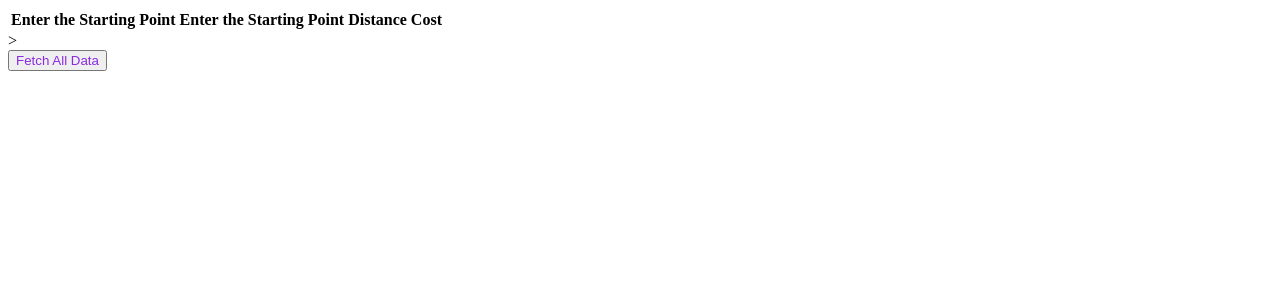
Repository: Gundeep-repos/407ETR_Assignment
Page: http://localhost/407ETR_Gundeep_Singh_assignment/
An editor plug-in stored every save of this project. The page is shown before and after the next save, followed by the edit.
The browser window is 1280 px wide. The pictures show the whole page.
The page is served by Tomcat 9.

Above is the page before, as saved 2021-07-03 23:47:29.

After the next save:
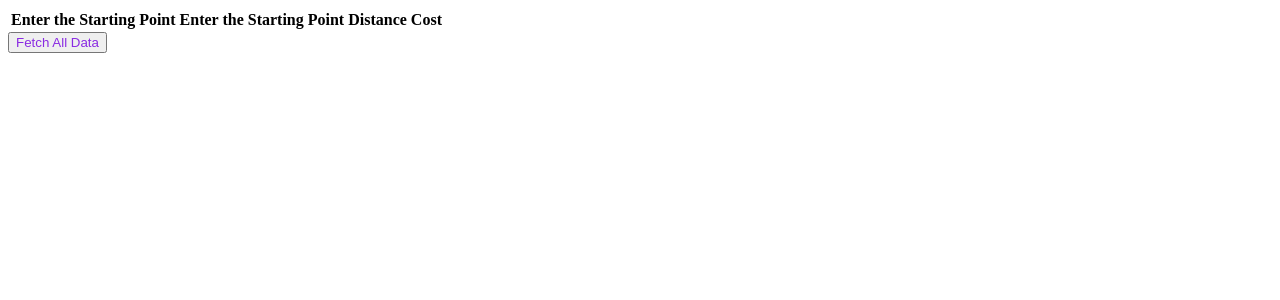
Saved 11 s later.
--- a/407ETR_Gundeep_Singh_assignment/WebContent/index.jsp
+++ b/407ETR_Gundeep_Singh_assignment/WebContent/index.jsp
@@ -79,9 +79,8 @@ function go2(){
 <th>Enter the Starting Point</th>
 <th>Distance</th>
 <th>Cost</th>
-
 </tr>
-</table>>
+</table>
 </div>
 <button style="color: blueviolet" onclick="go2()">Fetch All Data</button>
 </body>
